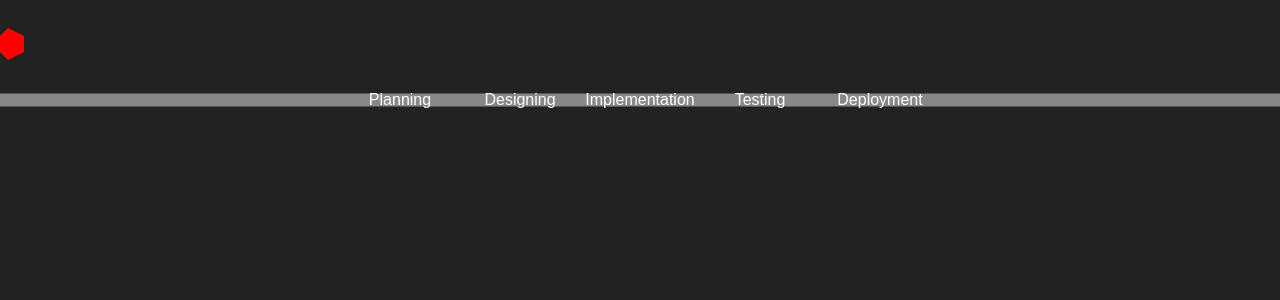
Repository: itsquadian/IT-SQUADIAN
Page: try.html
The author's editor kept a copy of each file at every save. The page is drawn from the files as they stood at one save, then again after the next save.
The browser window is 1280 px wide. The pictures show the whole page.

Above is the page before, as saved 2024-04-13 20:05:06.

After the next save:
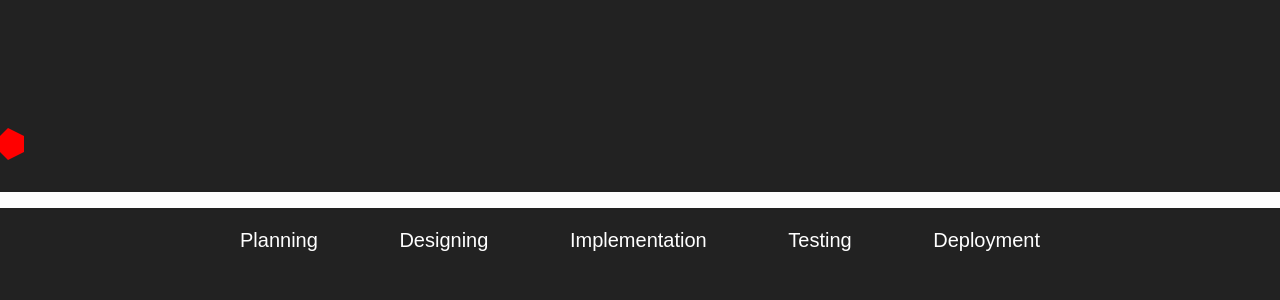
Saved 44 s later.
--- a/try.html
+++ b/try.html
@@ -17,7 +17,7 @@
     .road-container {
         position: relative;
         width: 100%;
-        height: 200px;
+        height: 400px;
         overflow: hidden;
         display: flex;
         align-items: center;
@@ -30,8 +30,8 @@
     }
 
     .road-path {
-        stroke: #888;
-        stroke-width: 8;
+        stroke: #fff;
+        stroke-width: 10;
     }
 
     .car {
@@ -42,17 +42,17 @@
 
     .steps {
         position: absolute;
-        top: 50%;
+        top: 60%;
         transform: translateY(-50%);
         display: flex;
         justify-content: space-between;
         width: 80%;
-        max-width: 600px;
+        max-width: 800px;
+        font-size: 20px;
     }
 
     .step {
         text-align: center;
-        flex: 1;
         opacity: 0;
         animation: appear 5s linear forwards;
     }
